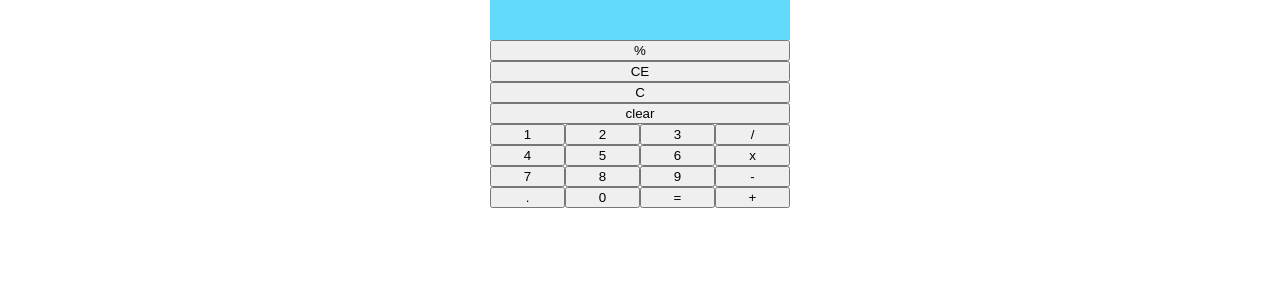
Repository: hoangphuong965/calculator_react
Page: /
These files come from the project's save history. The page is drawn as it stood at one moment and after the next save; the edit follows.
The browser window is 1280 px wide. The pictures show the whole page.
The project was rebuilt for these pictures with package versions that can differ from the ones it lists, and the page was loaded fresh each time.

Above is the page before, as saved 2020-08-04 11:17:43.

After the next save:
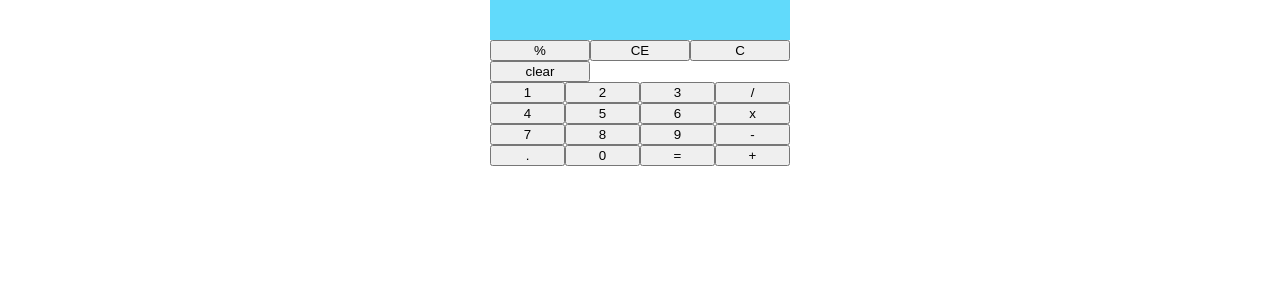
Saved 13 s later.
--- a/src/App.css
+++ b/src/App.css
@@ -46,7 +46,7 @@
 
 .key-controls{
   display: grid;
-  grid-template: 2fr 2fr 2fr;
+  grid-template-columns: 2fr 2fr 2fr;
 }
 
 .output {
